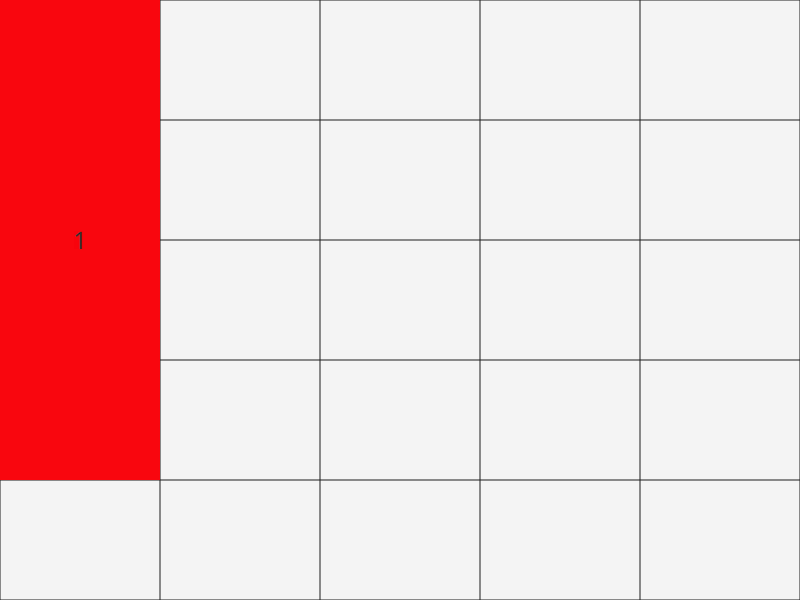
Repository: AlanVidalll/Curso-Java-Completo
Program's window: java exercicios-javafx/src/layout/AppLayout.java
The author's editor kept a copy of each file at every save. The program's window is drawn from the files as they stood at one save, then again after the next save.
It runs on Java 21 on a 1366 x 768 screen with JavaFX 11; the title bar is not drawn.

Above is the program's window before, as saved 2020-04-11 13:49:15.

After the next save:
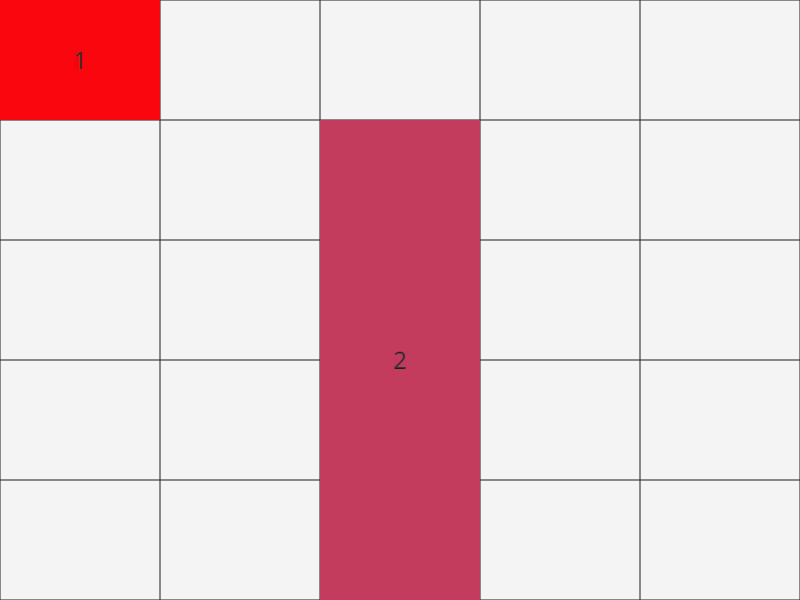
Saved 4 min 48 s later.
--- a/exercicios-javafx/src/layout/TesteGridPane.java
+++ b/exercicios-javafx/src/layout/TesteGridPane.java
@@ -22,7 +22,8 @@
 		getColumnConstraints().addAll(cc(),cc(),cc(),cc(),cc());
 		getRowConstraints().addAll(rc(),rc(),rc(),rc(),rc());
 
-		add(c1, 0, 0,1,4);
+		add(c1, 0, 0);
+		add(c2, 2, 1,1,4);
 	}
 
 	private ColumnConstraints cc() {
